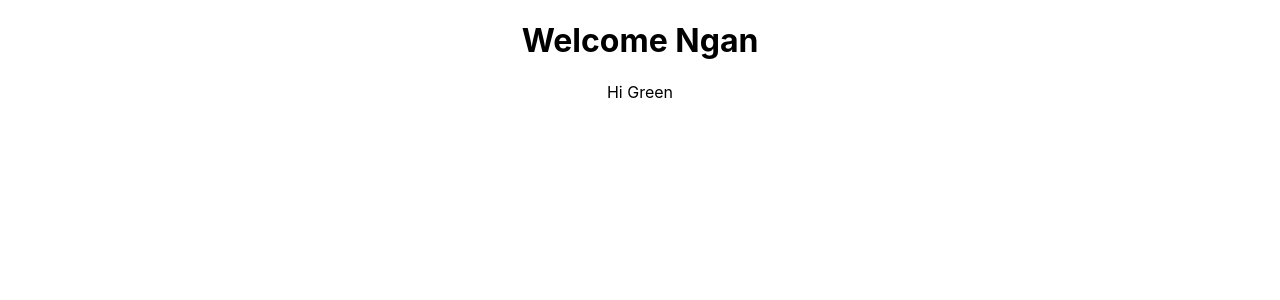
Repository: nguyenthibichngan/learn-react-redux
Page: /
These files come from the project's save history. The page is drawn as it stood at one moment and after a run of saves; the edit follows.
The browser window is 1280 px wide. The pictures show the whole page.
The project was rebuilt for these pictures with package versions that can differ from the ones it lists, and the page was loaded fresh each time.

Above is the page before, as saved 2023-09-11 14:11:53.

### src/App.js
import logo from "./logo.svg";
import "./App.css";
import { Greetings } from "./component/Greetings";

function App() {
  return (
    <div className="App">
      <h1>Welcome Ngan</h1>
      <Greetings firstName={"Rachel"} lastName={"Green"} age={30} />
    </div>
  );
}

export default App;

### src/component/Greetings.js
export function Greetings(props) {
  console.log(props);
  return <div>Hi {props.lastName}</div>;
}

Loaded but not shown: public/index.html (common file); src/index.js (common file); src/index.css (common file); src/reportWebVitals.js (common file); src/App.css (common file)

After the next 2 saves:
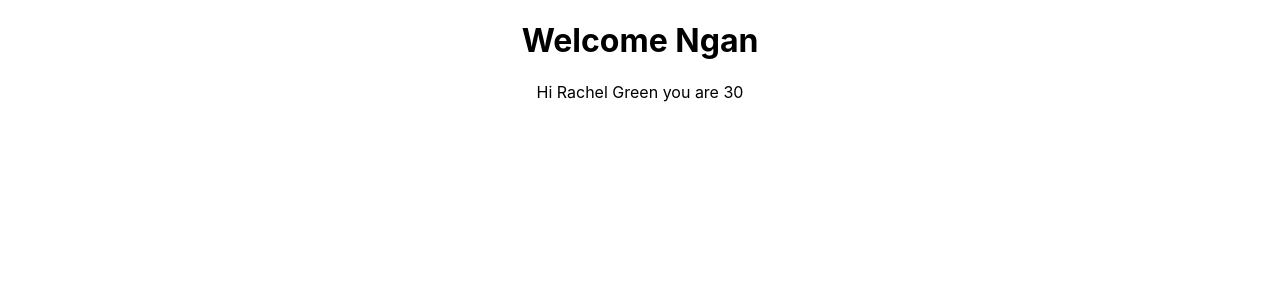
The 2 saves are shown as one change because 1 did not build or start.
The last was saved 61 s later.
--- a/src/component/Greetings.js
+++ b/src/component/Greetings.js
@@ -1,4 +1,8 @@
 export function Greetings(props) {
   console.log(props);
-  return <div>Hi {props.lastName}</div>;
+  return (
+    <div>
+      Hi {props.firstName} {props.lastName} you are {props.age}{" "}
+    </div>
+  );
 }
